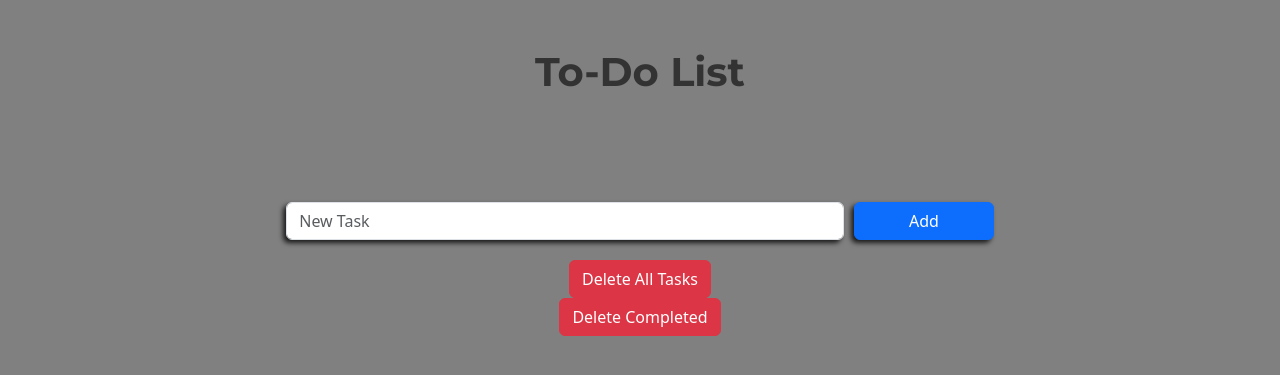
Repository: PituMia/TODO-List
Page: /
An editor plug-in stored every save of this project. The page is shown before and after the next save, followed by the edit.
The browser window is 1280 px wide. The pictures show the whole page.
The project was rebuilt for these pictures with package versions that can differ from the ones it lists, and the page was loaded fresh each time. Also part of the build but not shown: vite.config.js, src/assets/css/App.css, src/assets/css/Task.css, src/assets/components/Task.jsx.

Above is the page before, as saved 2025-02-01 15:32:34.

### index.html
<!doctype html>
<html lang="en">
  <head>
    <meta charset="UTF-8" />
    <link rel="icon" type="image/svg+xml" href="/vite.svg" />
    <link href="https://cdn.jsdelivr.net/npm/bootstrap@5.3.3/dist/css/bootstrap.min.css" rel="stylesheet" integrity="sha384-QWTKZyjpPEjISv5WaRU9OFeRpok6YctnYmDr5pNlyT2bRjXh0JMhjY6hW+ALEwIH" crossorigin="anonymous">
    <link href="https://fonts.googleapis.com/css2?family=Bubblegum+Sans&display=swap" rel="stylesheet">
    <meta name="viewport" content="width=device-width, initial-scale=1.0" />
    <title>Vite + React</title>
  </head>
  <body>
    <div id="root"></div>
    <script type="module" src="/src/main.jsx"></script>
  </body>
</html>

### src/assets/css/index.css
html, body {
    background-color: grey; /* Cambia este color por el que quieras */
    margin: 0;
    padding: 0;
    width: 100%;
    height: 100%;
}

### src/App.jsx
import { useState } from 'react'
import './assets/css/App.css'
import Header from './assets/components/header'
import TaskInput from './assets/components/TaskInput'

import TaskList from './assets/components/TaskList'


function App() {
  const [count, setCount] = useState(0)

  return (
    <>
      <div className='app'>
   <Header />
   <TaskList />

      </div>

    </>
  )
}

export default App

### src/assets/components/header.jsx
import React from "react";
import "../css/header.css";

const Header = () => {
    return (
        <div className="head text-center p-5">
           <h1>To-Do List</h1>

        </div>
    )
};

export default Header

### src/assets/components/TaskInput.jsx
import React, { useState } from "react";
import "../css/TaskInput.css";


const TaskInput = ( {addTask} ) => {
    const [text, setText] = useState("");


    const handleAddTask = (e) => {
        e.preventDefault();
        if (typeof addTask === 'function') {
        addTask(text);
        console.log(text);
        setText("");}
        else {console.log("no es funcion")}



    }

    return (
        <div className="container">
            <form onSubmit={handleAddTask}>
                <div className="input d-flex justify-content-center " style={{ maxWidth: "50%", margin: "0 auto" }}>
                    <input type="text"
                        value={text}
                        onChange={(e) => setText(e.target.value)}
                        placeholder="New Task"
                        className="form-control col-9" required />
                    <button type="submit"
                        className="btn btn-primary col-3">Add</button>
                </div>
            </form>
            <div className="d-flex justify-content-center">

            </div>
        </div>
    );

};

export default TaskInput

### src/assets/components/TaskList.jsx
import React, { useState } from "react";
import Task from "./Task";
import TaskInput from "./TaskInput";
import DeleteAllButton from "./DeleteAllButton";
import DeleteCompleteButton from "./DeleteCompleteButton";
import "../css/TaskList.css";

const TaskList = () => {
    const [tasks, setTasks] = useState([]);

    const handleSwitchBtn = (taskIndex) => {
        setTasks((prevTasks) =>
           prevTasks.map((task, index) =>
             index === taskIndex ? {...task, completed : !task.completed } : task))


    }

    const deleteCompleted = () => {
        setTasks((prevTasks) =>
        prevTasks.filter((task) => !task.completed ))
    }

    const handleDeleteTask = (taskToDelete) => {
        setTasks((prevTask) => prevTask.filter((_, index) => index != taskToDelete))
    }

    const deleteAllTasks = () => {
        setTasks([])
    }

    const handleAddTask = (newTask) => {
        setTasks((prevTask) => [...prevTask,
        {
            task: newTask,
            completed: false,
        }
        ])




    }

    console.log(tasks)

    return (
        <div className="tasklist flex-column justify-content-center" style={{ width: "100%", margin: "50px auto" }}>
            <TaskInput addTask={handleAddTask} />
            {tasks.map((task, index) => (
                <Task key={index}
                      todo={task}
                      index={index}
                      handleDeleteTask={handleDeleteTask}
                      handleSwitchBtn={handleSwitchBtn}  />
           ))}
           <DeleteAllButton deleteAllTasks={deleteAllTasks} />
           <DeleteCompleteButton deleteCompleted={deleteCompleted} />

        </div>
    )

}

export default TaskList

### src/assets/css/header.css
@import url('https://fonts.googleapis.com/css2?family=Montserrat:wght@700&display=swap');

.head {
    font-family: 'Montserrat', sans-serif;
    font-size: clamp(5rem, 20vw, 15rem);
    font-weight: 700;
    text-align: center;
    color: #333;

}

### src/assets/css/TaskInput.css
.input {
    display: flex;
    gap: 10px;

}

.input input,
.input button {
    box-shadow: -3px 3px 5px rgba(0, 0, 0, 0.8)
}

.container {
    margin-bottom: 20px;
}

### src/assets/components/DeleteAllButton.jsx
import React from "react";

const DeleteAllButton = ({ deleteAllTasks }) => {


    return (
        <div>
            <button  className="btn btn-danger d-flex m-auto"
                     onClick={deleteAllTasks}>
                Delete All Tasks

            </button>
        </div>
    )


}

export default DeleteAllButton

### src/assets/components/DeleteCompleteButton.jsx
import React from "react";

const DeleteCompleteButton = ({ deleteCompleted }) => {


    return (
        <div>
            <button  className="btn btn-danger d-flex m-auto"
                     onClick={deleteCompleted}>
                Delete Completed

            </button>
        </div>
    )


}

export default DeleteCompleteButton

### src/assets/css/TaskList.css
.tasklist {
    background-color: grey;
}

Loaded but not shown: src/main.jsx (common file)

After the next save:
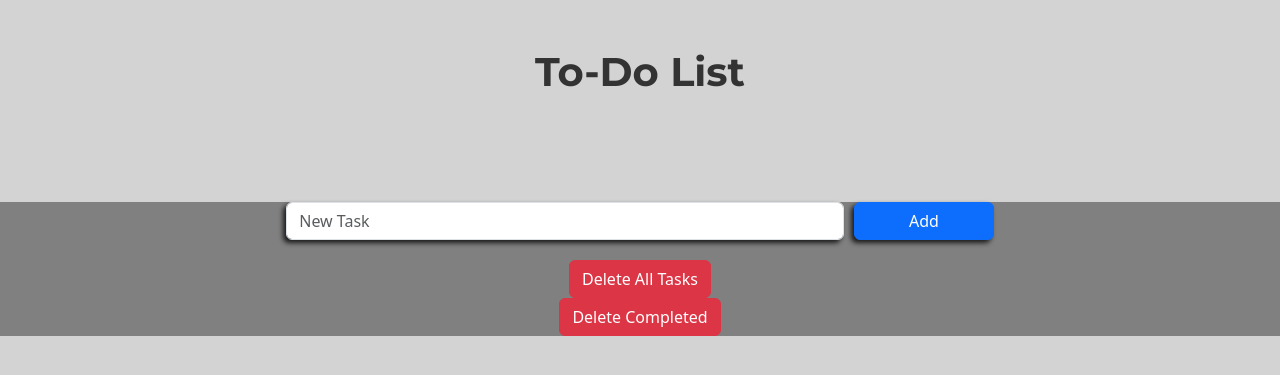
Saved 53 s later.
--- a/src/assets/css/index.css
+++ b/src/assets/css/index.css
@@ -1,5 +1,5 @@
 html, body {
-    background-color: grey; /* Cambia este color por el que quieras */
+    background-color: #d3d3d3;
     margin: 0;
     padding: 0;
     width: 100%;
